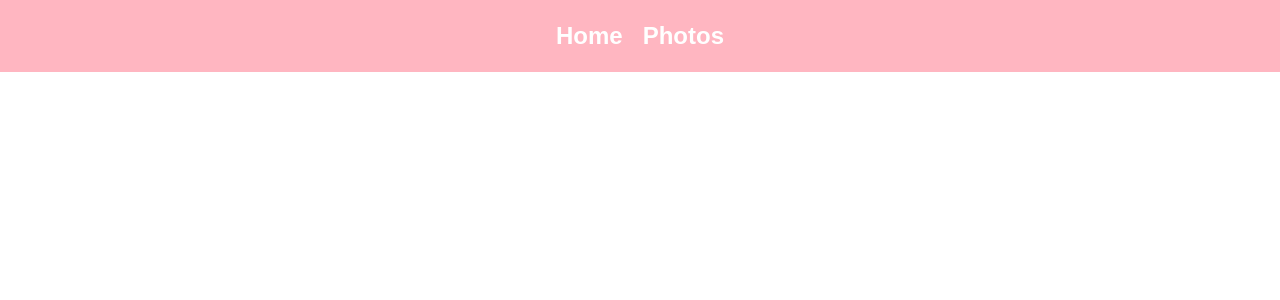
Repository: josephinel6/simple-editing
Page: navigation.html
The author's editor kept a copy of each file at every save. The page is drawn from the files as they stood at one save, then again after the next save.
The browser window is 1280 px wide. The pictures show the whole page.

Above is the page before, as saved 2023-05-23 09:25:32.

After the next save:
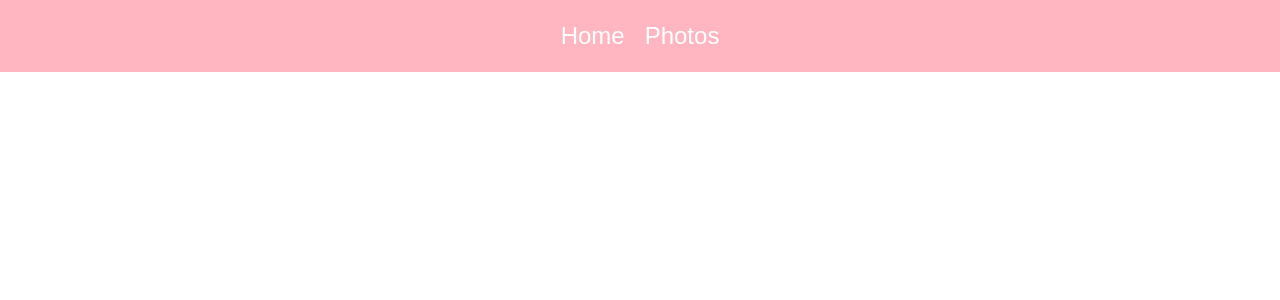
Saved 11 s later.
--- a/navigation.html
+++ b/navigation.html
@@ -8,7 +8,7 @@
             font-family: sans-serif;
             color: white;
             text-decoration: none;
-
+            font-weight: 500;
         }
     </style>
 </head>

After the save that followed:
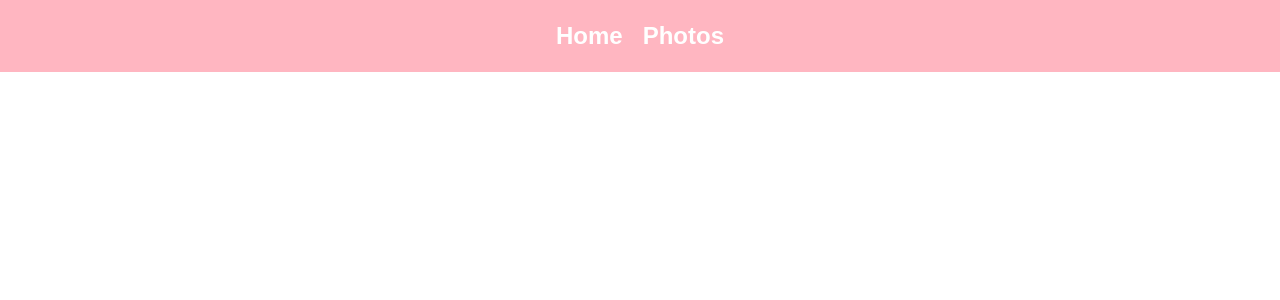
Saved 15 s later.
--- a/navigation.html
+++ b/navigation.html
@@ -8,7 +8,7 @@
             font-family: sans-serif;
             color: white;
             text-decoration: none;
-            font-weight: 500;
+            font-weight: 600;
         }
     </style>
 </head>
